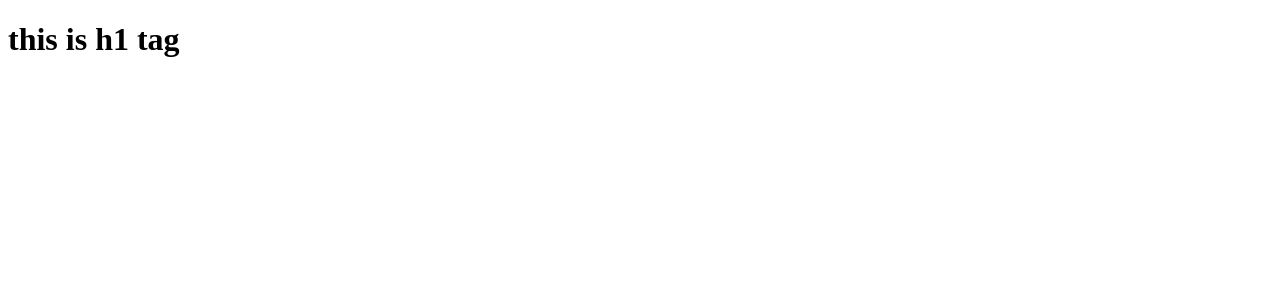
Repository: viveknaidu007/repo-113-HTML
Page: 7.html
The author's editor kept a copy of each file at every save. The page is drawn from the files as they stood at one save, then again after the next save.
The browser window is 1280 px wide. The pictures show the whole page.

Above is the page before, as saved 2024-06-12 23:15:27.

### 7.html
<!DOCTYPE html>
<html>
    <head>
        <title> image tag demo </title>
    </head>

    <body>
        <h1> this is h1 tag </h1>
    </body>

</html>

After the next save:
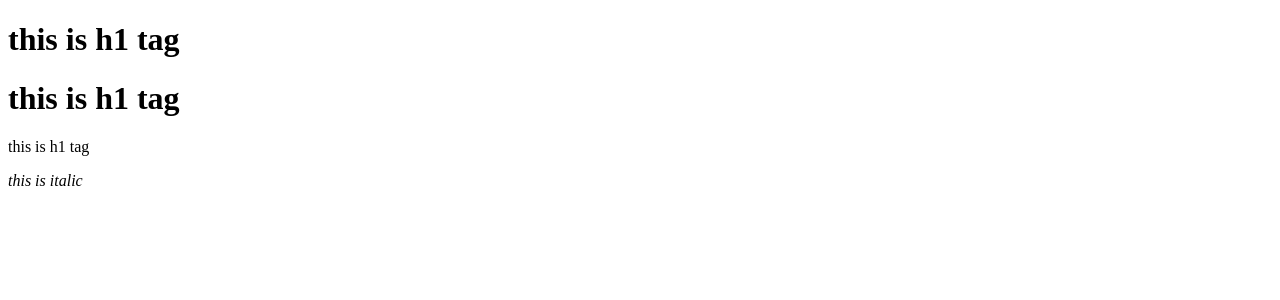
Saved 3 min 20 s later.
--- a/7.html
+++ b/7.html
@@ -6,6 +6,10 @@
 
     <body>
         <h1> this is h1 tag </h1>
+        <h1> this is h1 tag </h1>
+        <p> this is h1 tag </p>
+        <i> this is italic </i>
+
     </body>
 
 </html>
